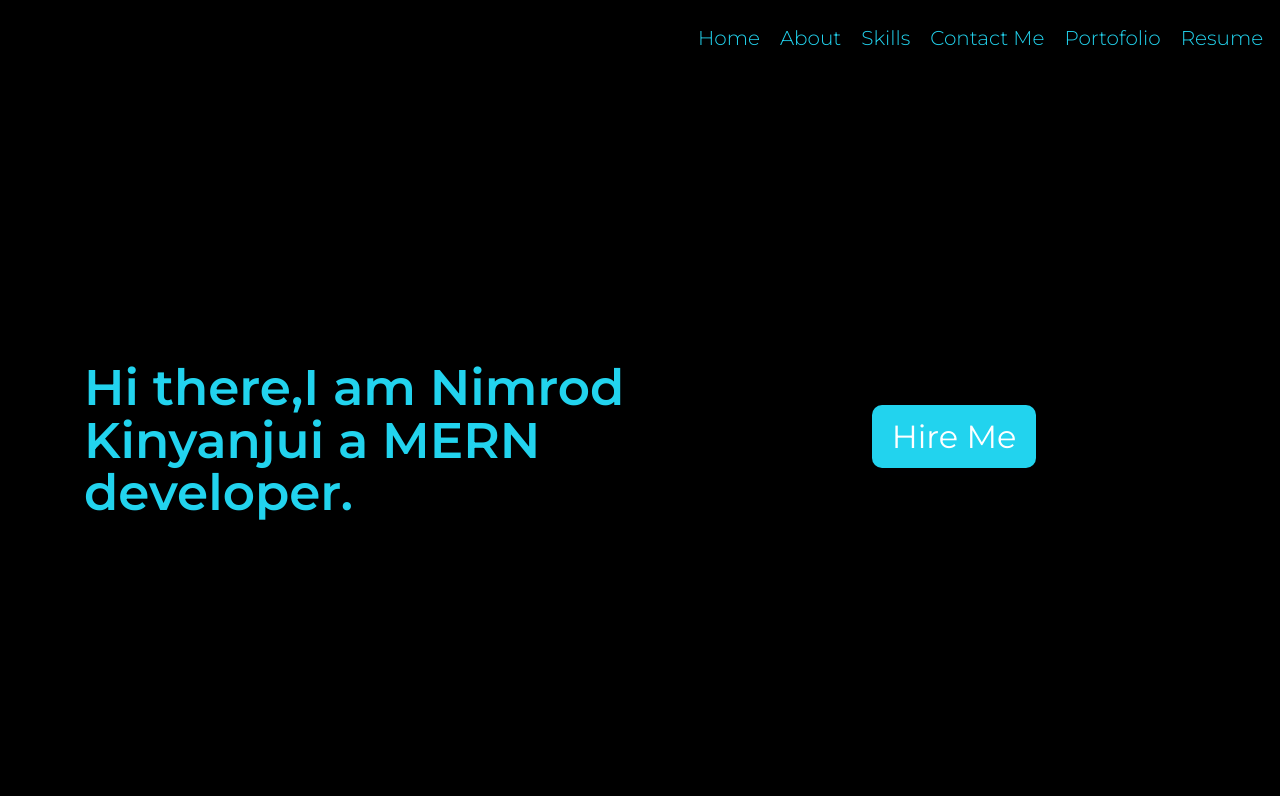
Repository: dev-nimrod009/dev-nimrod009
Page: / (app in my-own-portofolio/)
These files come from the project's save history. The page is drawn as it stood at one moment and after the next save; the edit follows.
The browser window is 1280 px wide. The pictures show the whole page.
The project was rebuilt for these pictures with package versions that can differ from the ones it lists, and the page was loaded fresh each time. Also part of the build but not shown: my-own-portofolio/vite.config.ts, my-own-portofolio/src/App.css, my-own-portofolio/src/components/headName/styles.scss, my-own-portofolio/src/components/headName/headName.tsx, my-own-portofolio/src/components/skillpage/styles.scss, my-own-portofolio/src/components/skillpage/index.tsx, my-own-portofolio/src/components/contacts/styles.scss, my-own-portofolio/src/components/contacts/index.tsx and 6 more.

Above is the page before, as saved 2025-11-24 12:21:39.

After the next save:
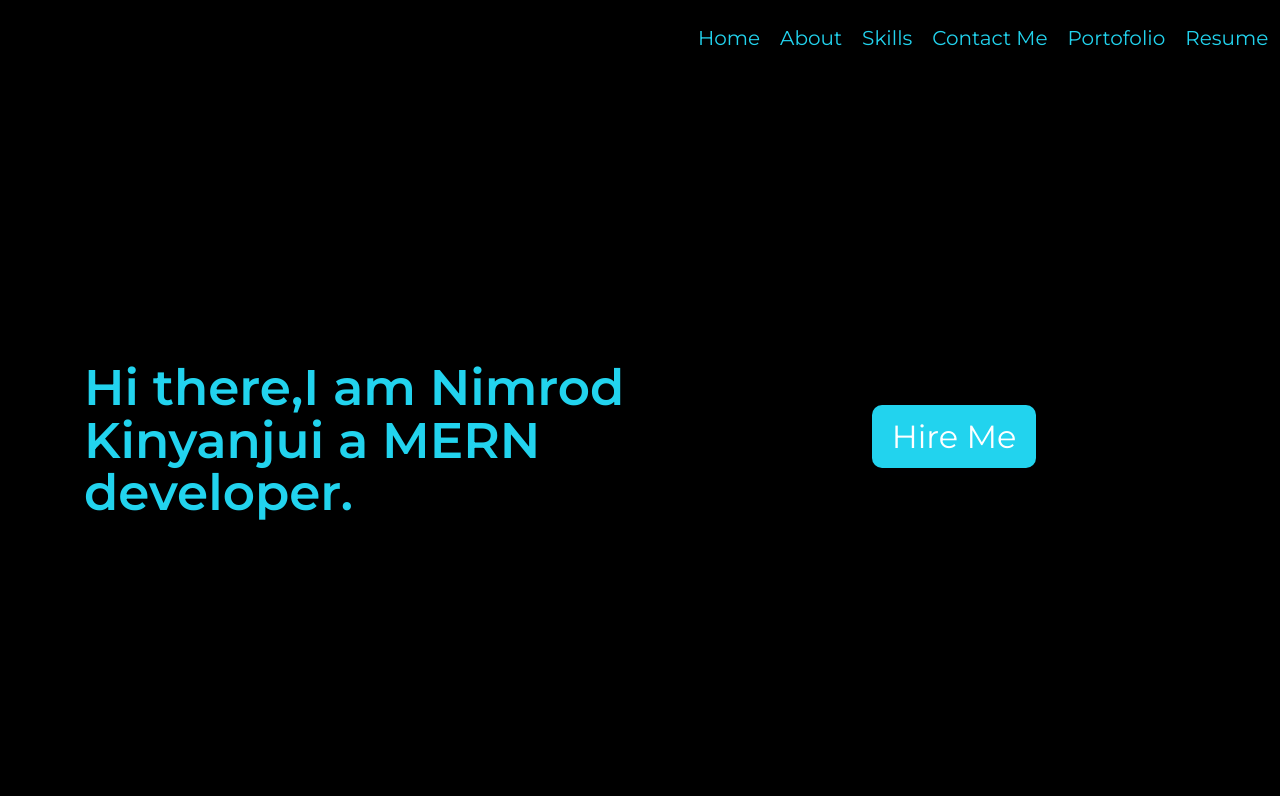
Saved 9 s later.
--- a/my-own-portofolio/src/components/navBar/styles.scss
+++ b/my-own-portofolio/src/components/navBar/styles.scss
@@ -20,7 +20,7 @@
 
 
             a {
-                font-weight: 300;
+                font-weight: 400;
                 font-size: 20px;
                 position: relative;
                 display: inline-block;
